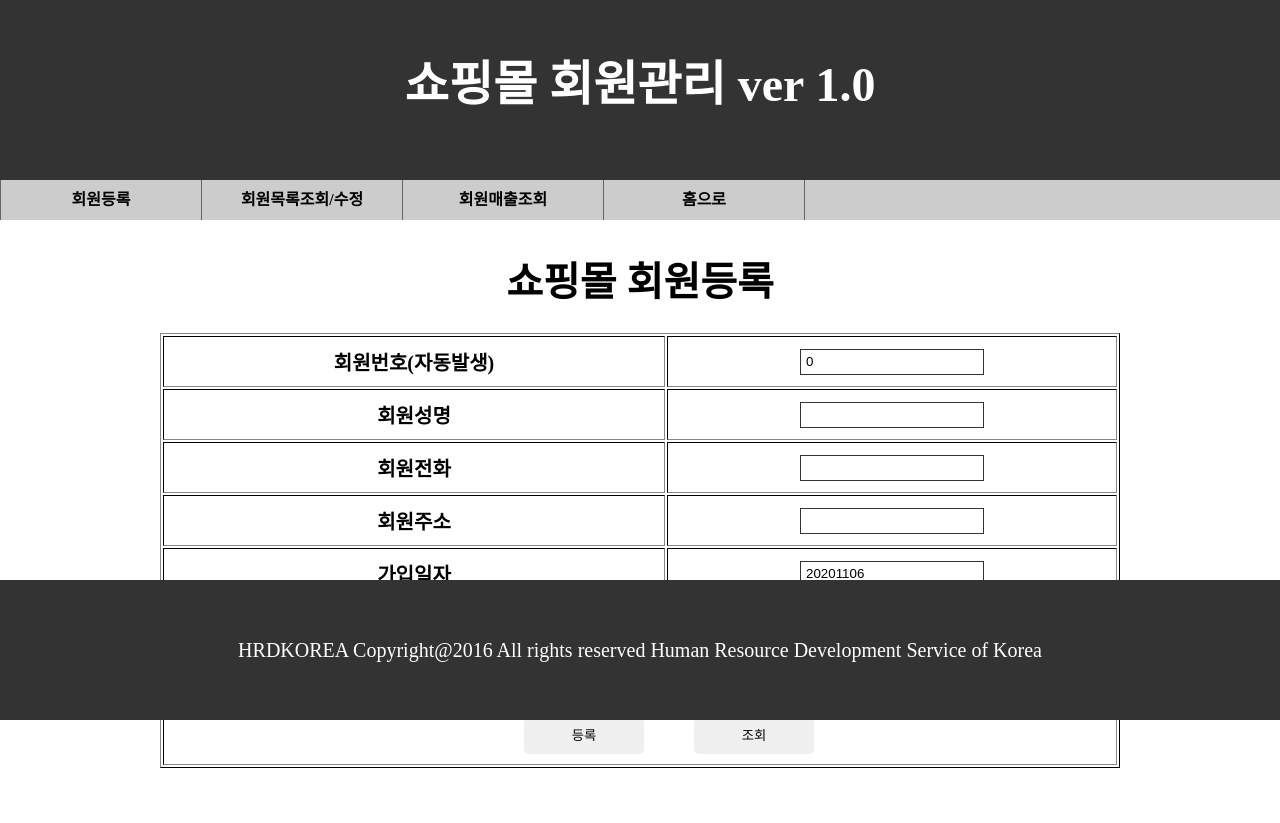
Repository: jsky1234/NCS
Page: http://localhost/HRD_1/memberIns.jsp
These files come from the project's save history. The page is drawn as it stood at one moment and after the next save; the edit follows.
The browser window is 1280 px wide. The pictures show the whole page.
The page is served by Tomcat 9. Queries for data that is not in the repository find no rows.

Above is the page before, as saved 2020-11-10 05:56:31.
Console error: ReferenceError: form is not defined

### ncs1/HRD_1/WebContent/memberIns.jsp
<%@ page language="java" contentType="text/html; charset=UTF-8"
    pageEncoding="UTF-8"%>
<%@ page import="java.sql.PreparedStatement" %>
<%@ page import="java.sql.DriverManager" %>
<%@ page import="java.sql.Connection" %>
<%@ page import="java.sql.ResultSet" %>
<%@ page import="DBPKG.DBcon" %>
<%@ page import="java.util.*, java.text.*" %>
<%@ include file="admin_header.jsp" %>
<style>
.main_help { width: 960px; margin: 25px auto; font-size: 20px; }
.main_help ol { padding-top: 5px; }
.tb { display: table; border: 1; border-color: #333; width: 960px; text-align: center;}
.tb tr { display: table-row; }
.tb td, .tb th { display: table-cell; padding: 10px; }
.tb th { width: 480px; }
button { display: block; float: left; width: 120px; line-height: 36px; text-align: center; margin-right: 25px; margin-left: 25px; border-radius: 5px ;}
button:first-child { margin-left: 350px;}
input, select { border: 1px solid #333; line-height: 24px; padding-left: 5px;}
</style>
<%@ include file="admin_nav.jsp" %>
<%
request.setCharacterEncoding("utf-8");

Connection conn = null;
PreparedStatement pstmt = null;
ResultSet rs;

Date date = new Date();
SimpleDateFormat simple = new SimpleDateFormat("yyyyMMdd");
String sdate = simple.format(date);

	try {
		conn = DBcon.getConnection();
		String sql = "SELECT * FROM member_tbl_02 ORDER BY custno DESC";
		pstmt = conn.prepareStatement(sql);
		rs = pstmt.executeQuery();

		int i = 0, num = 0;
		while(rs.next()) {
			num = rs.getInt("custno");
			i++;
			num++;
			if(i > 0) break;
		}
%>
<main class="content">
	<section class="page" id="page1">
		<h2 class="page_tit">쇼핑몰 회원등록</h2>
		<div class="main_help">
			<form name="register1" id="register1" action="memberInsPro.jsp" method="get">
				<table class="tb" border="1">
					<tbody>
						<tr>
							<th><label for="custno">회원번호(자동발생)</label></th>
							<td><input type="text" name="custno" id="custno" value="<%=num%>" /></td>
						</tr>
						<tr>
							<th><label for="custname">회원성명</label></th>
							<td><input type="text" name="custname" id="custname" /></td>
						</tr>
						<tr>
							<th><label for="phone">회원전화</label></th>
							<td><input type="text" name="phone" id="phone" /></td>
						</tr>
						<tr>
							<th><label for="address">회원주소</label></th>
							<td><input type="text" name="address" id="address" /></td>
						</tr>
						<tr>
							<th><label for="joindate">가입일자</label></th>
							<td><input type="text" name="joindate" id="joindate" value="<%=sdate%>" /></td>
						</tr>
						<tr>
							<th><label for="grade">고객등급(A:VIP, B:일반, C:직원)</label></th>
							<td>
								<select name="grade" id="grade">
									<option value="">선택안함</option>
									<option value="A">A</option>
									<option value="B">B</option>
									<option value="C">C</option>
								</select>
							</td>
						</tr>
						<tr>
							<th><label for="city">도시코드</label></th>
							<td><input type="text" name="city" id="city" /></td>
						</tr>
						<td colspan="2">
							<button type="button" id="subit_btn">등록</button>
							<button type="button" id="search_btn">조회</button>
						</td>
					</tbody>
				</table>
			</form>
			<script>
			var submit_btn = document.getElementById("submit_btn");
			var search_btn = document.getElementById("search_btn");
			var custname = form.custname
			var phone = form.address
			var grade = form.grade
			var city = form.city

			submit_btn.addEventListener("click", function(e){
				if(custname.value == "") {
					alert("회원성명이 입력되지 않았습니다.");
					custname.focus();
					return;
				}
				if(phone.value == "") {
					alert("전화번호가 입력되지 않았습니다.");
					phone.focus();
					return;
				}
				if(address.value == "") {
					alert("회원주소가 입력되지 않았습니다.");
					address.focus();
					return;
				}
				if(grade.value == "") {
					alert("회원등급이 선택되지 않았습니다.");
					grade.focus();
					return;
				}
				if(city.value == "") {
					alert("도시코드가 입력되지 않았습니다.");
					city.focus();
					return;
				}
				if(custname.value != "" && phone.value != "" && address.value != "" && grade.value != "" && city.value != "") {
					form.submit();
				}
			});

			search_btn.addEventListener("click", function(){
				location.href = memberSearch.jsp
			});
			</script>
		</div>
	</section>
</main>
<%
	} catch(Exception e) {
		System.out.println("ProductBean error : "+e);
	} finally {
		try {
			if(pstmt != null) pstmt.close();
			if(conn != null) conn.close();
		} catch(Exception e) {
			//핸들 에러 프린트
			System.out.println("DB Close error : "+e);
		}
	}
%>
<%@ include file="admin_footer.jsp" %>

### ncs1/HRD_1/WebContent/admin_header.jsp
<%@ page language="java" contentType="text/html; charset=UTF-8"
    pageEncoding="UTF-8"%>
<% request.setCharacterEncoding("utf-8"); %>
<!DOCTYPE html>
<html>
<head>
<meta charset="UTF-8">
<link rel="stylesheet" href="./css/main.css" />
<title>관리자 모드로 로그인 중</title>
</head>
<body>
<header class="hd">
	<h2 class="tit">쇼핑몰 회원관리 ver 1.0</h2>
</header>

### ncs1/HRD_1/WebContent/admin_nav.jsp
<%@ page language="java" contentType="text/html; charset=UTF-8"
    pageEncoding="UTF-8"%>
<nav class="gnb">
	<ul>
		<li><a href="memberIns.jsp">회원등록</a></li>
		<li><a href="">회원목록조회/수정</a></li>
		<li><a href="">회원매출조회</a></li>
		<li><a href="admin.jsp">홈으로</a></li>
	</ul>
</nav>

### ncs1/HRD_1/WebContent/admin_footer.jsp
<%@ page language="java" contentType="text/html; charset=UTF-8"
    pageEncoding="UTF-8"%>
<footer class="ft">
	<div class="ft_wrap">
		<div class="admin_copy">
			<p class="copyright">HRDKOREA Copyright@2016 All rights reserved Human Resource Development Service of Korea</p>
		</div>
	</div>
</footer>
</body>
</html>

### ncs1/HRD_1/src/DBPKG/DBcon.java
package DBPKG;

import java.sql.Connection;
import java.sql.DriverManager;
import java.sql.SQLException;

public class DBcon {
	public static Connection getConnection() throws Exception{
		Class.forName("oracle.jdbc.OracleDriver");
		Connection con = DriverManager.getConnection("jdbc:oracle:thin:@//localhost:1521/xe", "sky", "1234");
		return con;
	}
}

### ncs1/HRD_1/WebContent/css/main.css
@charset "UTF-8";

* { margin: 0; padding: 0; }
body, html { width: 100%; height: 100%; }
ul { list-style : none; }
a { text-decoration: none; }
button, label, input { outline: 0; border: 0; user-select: none; }
img { border: 0; }
ol { padding: 30px; }

.hd { clear: both; min-height: 180px; background-color: #333; }
.tit { font-size: 48px; text-align: center; line-height: 140px; color: #fff; padding-top: 15px;}
.gnb { clear: both; height: 40px; background-color: #cccccc; }
.gnb li { float: left; min-width: 120px; width: auto; }
.gnb a { display:block; text-align: center; line-height: 40px; width: 200px; height: 40px; color: #000000; font-weight: 700; border-left: 1px solid #666666; }
.gnb li:last-child { border-right: 1px solid #666666; }

.page { clear: both; padding: 30px 0 30px 0; }
.page_tit { text-align: center; font-size: 40px; }
.item_tit1 { font-size: 24px; margin-top: 30px; }
.item_tit2 { font-size: 18px; margin-top: 40px;}

.ft { clear: both; position: absolute;  width: 100%; bottom: 0; min-height:80px; height: 140px; background-color: #333; }
.copyright { color: #fff; font-size: 20px; text-align: center; margin-top: 20px; line-height: 100px;}

After the next save:
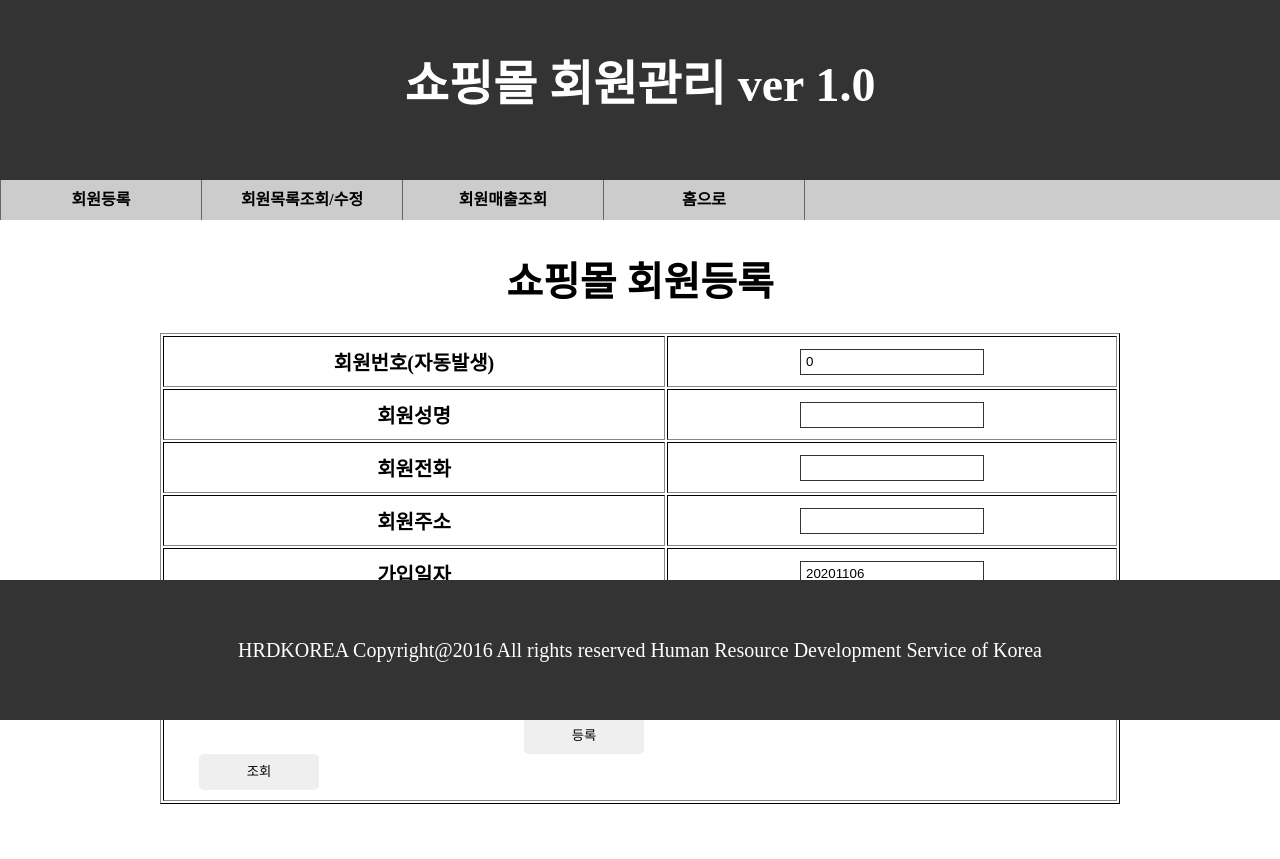
Saved 2 min 36 s later.
--- a/ncs1/HRD_1/WebContent/memberIns.jsp
+++ b/ncs1/HRD_1/WebContent/memberIns.jsp
@@ -14,7 +14,7 @@
 .tb tr { display: table-row; }
 .tb td, .tb th { display: table-cell; padding: 10px; }
 .tb th { width: 480px; }
-button { display: block; float: left; width: 120px; line-height: 36px; text-align: center; margin-right: 25px; margin-left: 25px; border-radius: 5px ;}
+button { clear:both; display: block; float: left; width: 120px; line-height: 36px; text-align: center; margin-right: 25px; margin-left: 25px; border-radius: 5px ;}
 button:first-child { margin-left: 350px;}
 input, select { border: 1px solid #333; line-height: 24px; padding-left: 5px;}
 </style>

After the save that followed:
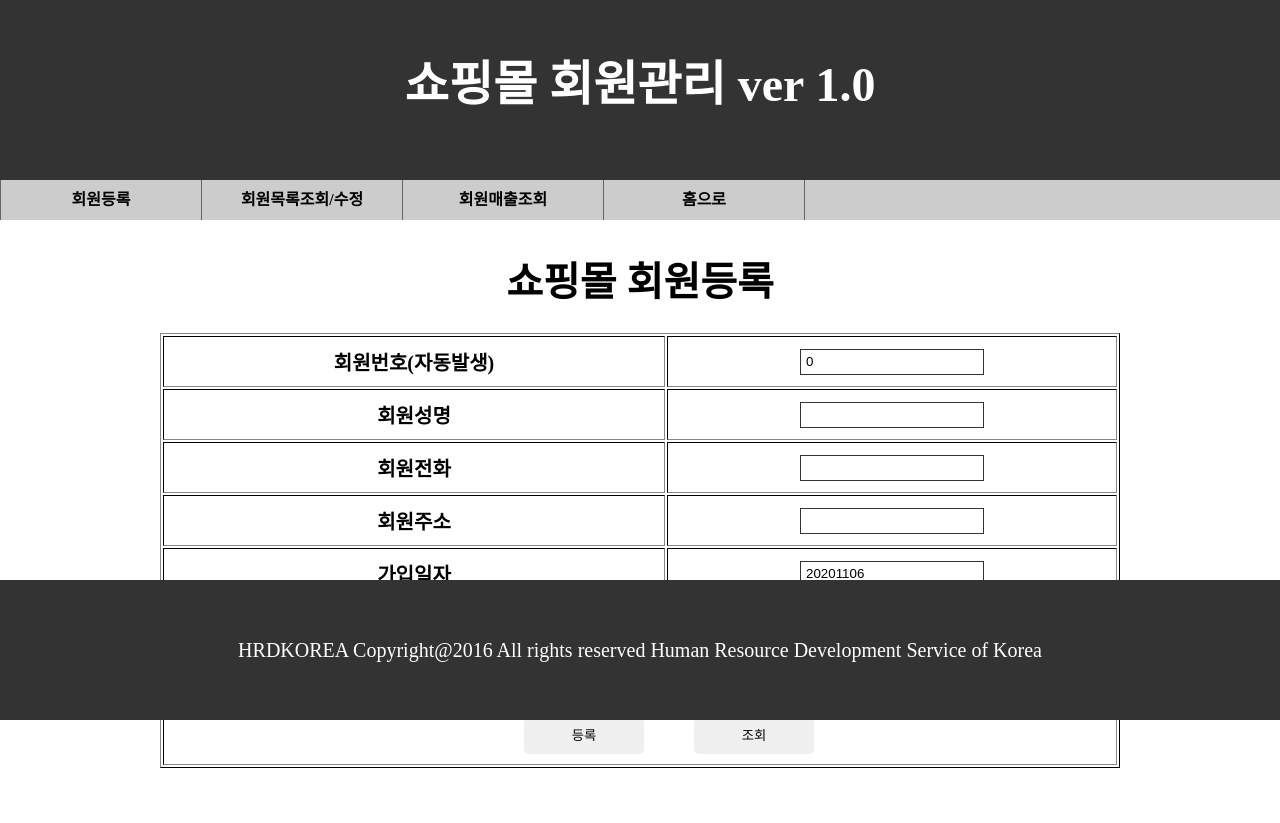
Saved 32 s later.
--- a/ncs1/HRD_1/WebContent/memberIns.jsp
+++ b/ncs1/HRD_1/WebContent/memberIns.jsp
@@ -14,7 +14,7 @@
 .tb tr { display: table-row; }
 .tb td, .tb th { display: table-cell; padding: 10px; }
 .tb th { width: 480px; }
-button { clear:both; display: block; float: left; width: 120px; line-height: 36px; text-align: center; margin-right: 25px; margin-left: 25px; border-radius: 5px ;}
+button { display: block; float: left; width: 120px; line-height: 36px; text-align: center; margin-right: 25px; margin-left: 25px; border-radius: 5px ;}
 button:first-child { margin-left: 350px;}
 input, select { border: 1px solid #333; line-height: 24px; padding-left: 5px;}
 </style>
